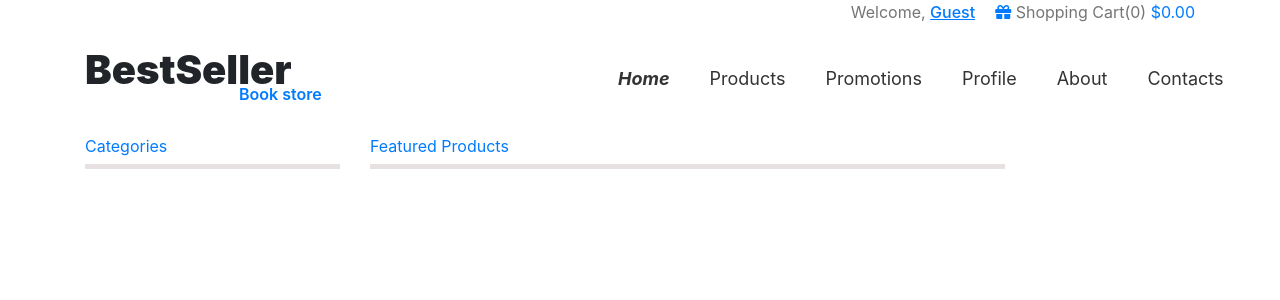
Repository: phunobi1807/BestSeller
Page: index.html
The author's editor kept a copy of each file at every save. The page is drawn from the files as they stood at one save, then again after the next save.
The browser window is 1280 px wide. The pictures show the whole page.

Above is the page before, as saved 2021-06-28 23:00:31.

### index.html
<!DOCTYPE html>
<html lang="en">
<head>
    <meta charset="UTF-8">
    <meta http-equiv="X-UA-Compatible" content="IE=edge">
    <meta name="viewport" content="width=device-width, initial-scale=1.0">
    <title>BestSeller</title>
    <link rel="stylesheet" href="./css/style.css">
</head>
<body>
    <header id="header">
        <div class="container">
            <div class="top-header">
                <div class="top-nav">
                    <p class="top-nav__text">Welcome, <a href="#" class="top-nav__text-link">Guest</a></p>
                    <div class="top-nav__shopping-cart">
                        <i  class="top-nav__icon fas fa-gift"></i>
                        <span class="top-nav__cart">Shopping Cart(0) <a href="#">$0.00</a></span>
                    </div>
                </div>
                <div class="navigation">
                    <div class="row">
                        <div class="col-lg-4">
                            <div class="navigation-logo">
                                <div class="navigation-logo__text">
                                    <span class="navigation-logo__text-big">BestSeller</span>
                                    <span class="navigation-logo__text-small">Book store</span>
                                </div>
                            </div>
                        </div>
                        <div class="col-lg-6">
                           <ul class="navigation-menu">
                               <li class="navigation-menu__item navigation-menu__item--active" >Home</li>
                               <li class="navigation-menu__item">Products</li>
                               <li class="navigation-menu__item">Promotions</li>
                               <li class="navigation-menu__item">Profile</li>
                               <li class="navigation-menu__item">About</li>
                               <li class="navigation-menu__item">Contacts</li>
                           </ul>
                        </div>
                    </div>
                </div>
            </div>
        </div>
    </header>
    <div id="content">
        <div class="container">
            <div class="row">
                <div class="col-sm-3">
                    <div class="side-bar">
                        <p class="side-bar__title">
                            Categories
                        </p>
                    </div>
                </div>
                <div class="col-sm-7">
                    <div class="products">
                        <p class="product__title">
                            Featured Products
                        </p>
                    </div>
                </div>
            </div>
        </div>
    </div>
<link rel="stylesheet" href="https://use.fontawesome.com/releases/v5.15.3/css/all.css" integrity="sha384-SZXxX4whJ79/gErwcOYf+zWLeJdY/qpuqC4cAa9rOGUstPomtqpuNWT9wdPEn2fk" crossorigin="anonymous">
<link rel="stylesheet" href="https://maxcdn.bootstrapcdn.com/bootstrap/4.5.2/css/bootstrap.min.css">
<script src="https://ajax.googleapis.com/ajax/libs/jquery/3.5.1/jquery.min.js"></script>
<script src="https://cdnjs.cloudflare.com/ajax/libs/popper.js/1.16.0/umd/popper.min.js"></script>
<script src="https://maxcdn.bootstrapcdn.com/bootstrap/4.5.2/js/bootstrap.min.js"></script>
</body>
</html>

### css/style.css
@import url(https://fonts.googleapis.com/css2?family=Roboto:wght@100;200;300;400;500;600;800;900&display=swap);
:root {
    --color-primary: #007bff;
}

* {
    box-sizing: inherit;
}

html {
    box-sizing: border-box;
    margin: 0;
    font-family: 'Roboto', sans-serif;
}

/* top nav  */

.top-nav {
    display: flex;
    justify-content: flex-end;
}

.top-nav__text {
    padding: 0 20px;
}

.top-nav__text-link {
    font-weight: 500;
    text-decoration: underline;
}

.top-nav__text, .top-nav__cart {
    color: #767575;
}

.top-nav__icon {
    color: var(--color-primary);
}

/* logo-menu  */

.navigation-logo {
    position: relative;
}

.navigation-logo__text-big {
    font-size: 40px;
    font-weight: 900;
}

.navigation-logo__text-small {
    position: absolute;
    bottom: 0;
    left: 44%;
    top: 70%;
    color: var(--color-primary);
    font-weight: 600;
}

/* Danh sach menu  */

.navigation-menu {
    display: flex;
    line-height: 78px;
    list-style: none;
    padding: 0 133px;
}

.navigation-menu__item--active {
    font-style: italic;
    font-weight: bold;
}

.navigation-menu__item {
    font-size: 18px;
    color: #333;
    margin: 0 20px;
}

/* Content  */

.side-bar__title {
    position: relative;
    color: var(--color-primary);
}

.product__title {
    position: relative;
    color: var(--color-primary);
}

.side-bar__title::after {
    position: absolute;
    content: "";
    left: 0;
    top: 30px;
    width: 100%;
    height: 5px;
    background-color: #e7e1e1;
}

.product__title::after {
    position: absolute;
    content: "";
    left: 0;
    top: 30px;
    width: 100%;
    height: 5px;
    background-color: #e7e1e1;
}

After the next save:
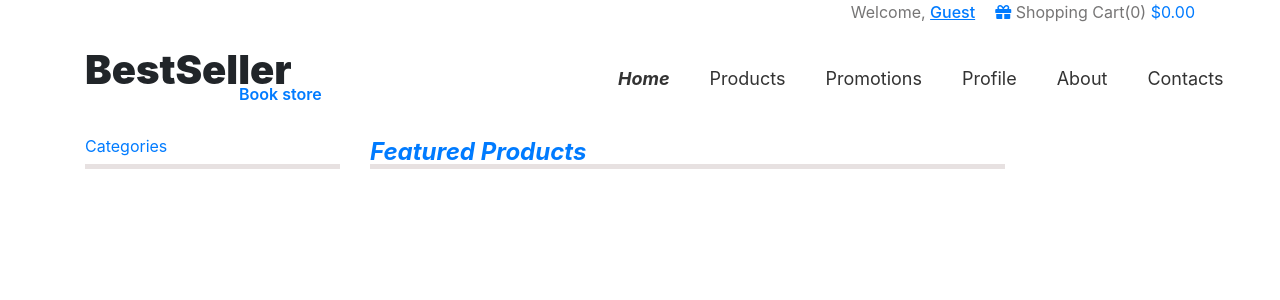
Saved 109 s later.
--- a/css/style.css
+++ b/css/style.css
@@ -87,6 +87,9 @@ html {
 .product__title {
     position: relative;
     color: var(--color-primary);
+    font-weight: 700;
+    font-style: italic;
+    font-size: 24px;
 }
 
 .side-bar__title::after {
